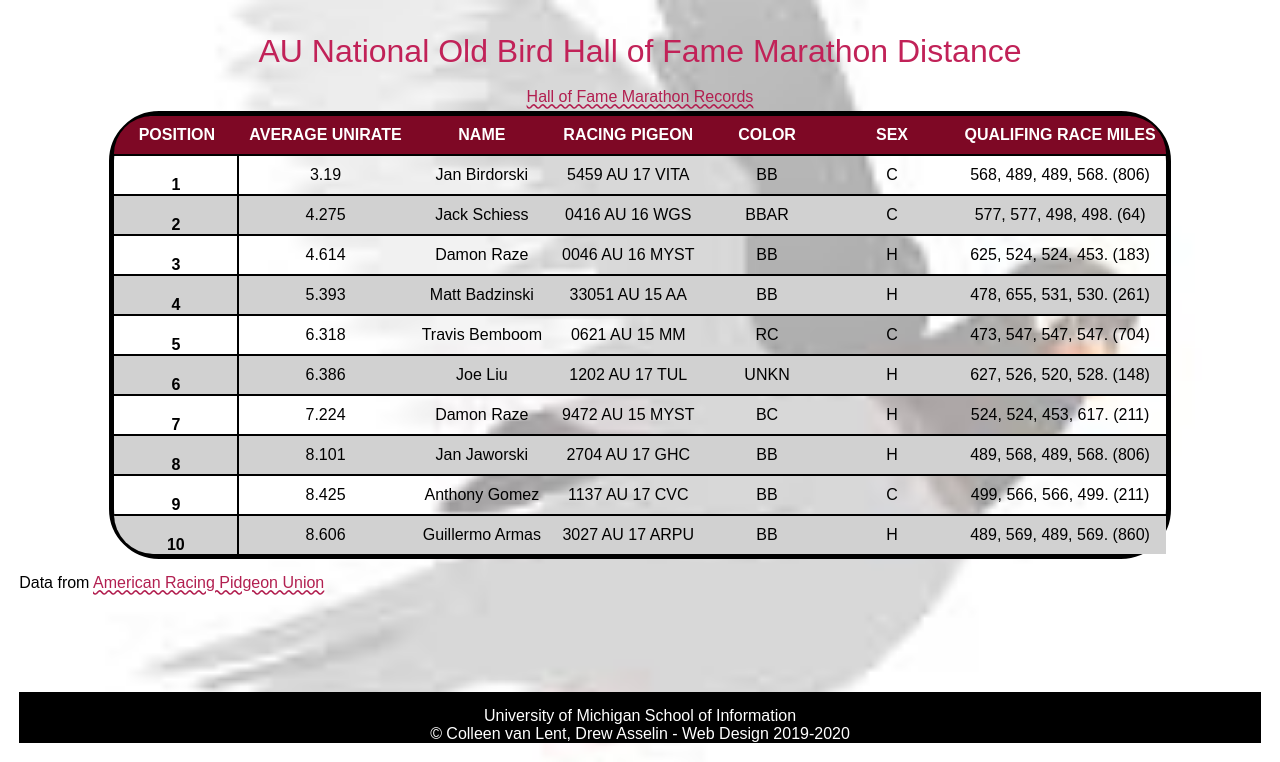
Repository: jiaqili0803/SI_539
Page: hw4-2021-main/hw4-2021-main/index.html
The author's editor kept a copy of each file at every save. The page is drawn from the files as they stood at one save, then again after the next save.
The browser window is 1280 px wide. The pictures show the whole page.
Some web fonts or font styles are not loaded; a fallback is used.

Above is the page before, as saved 2021-10-02 18:35:55.

After the next save:
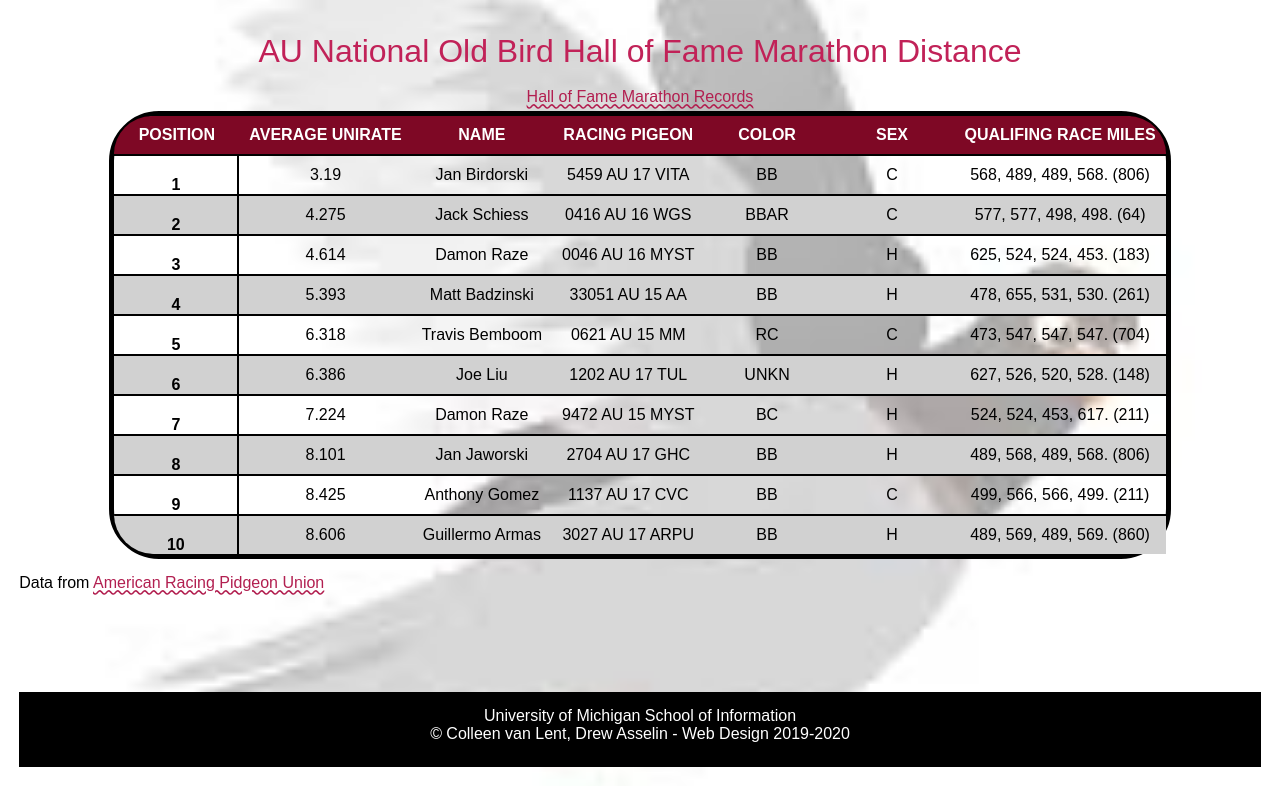
Saved 2 min 13 s later.
--- a/hw4-2021-main/hw4-2021-main/css/style.css
+++ b/hw4-2021-main/hw4-2021-main/css/style.css
@@ -148,4 +148,5 @@ footer{
   background:#000000;
   text-align:center;
   color: #FFFFFF;
+  min-height: 75px;
 }
